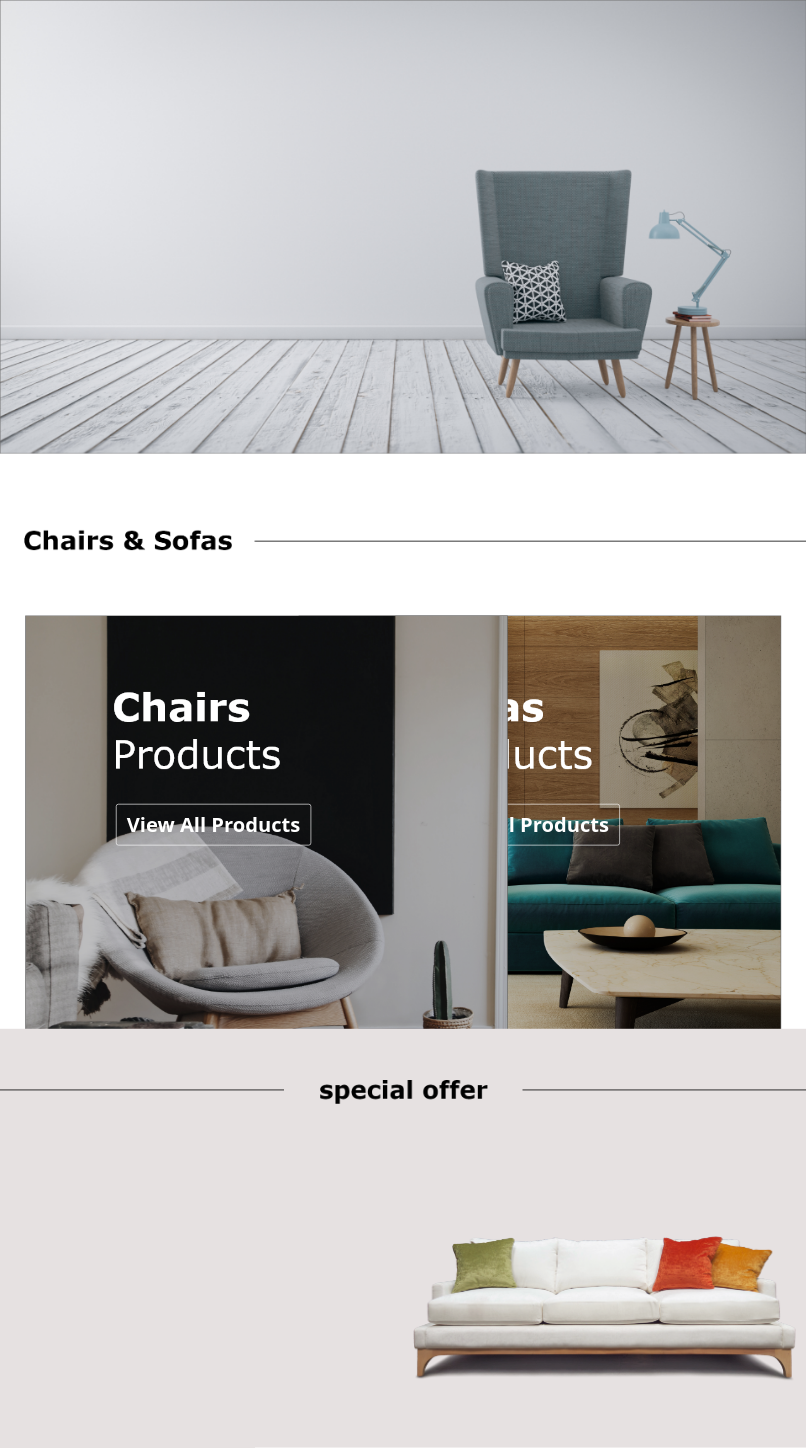
Repository: MEROO1010/creative_home
Page: /
These files come from the project's save history. The page is drawn as it stood at one moment and after the next save; the edit follows.
The browser window is 1280 px wide. The pictures show the whole page, at 63% of full size.
The project was rebuilt for these pictures with package versions that can differ from the ones it lists, and the page was loaded fresh each time. The framework's server and built-in components were replaced by stand-ins that run in the browser. Also part of the build but not shown: next.config.js.

Above is the page before, as saved 2022-12-11 10:27:04.

After the next save:
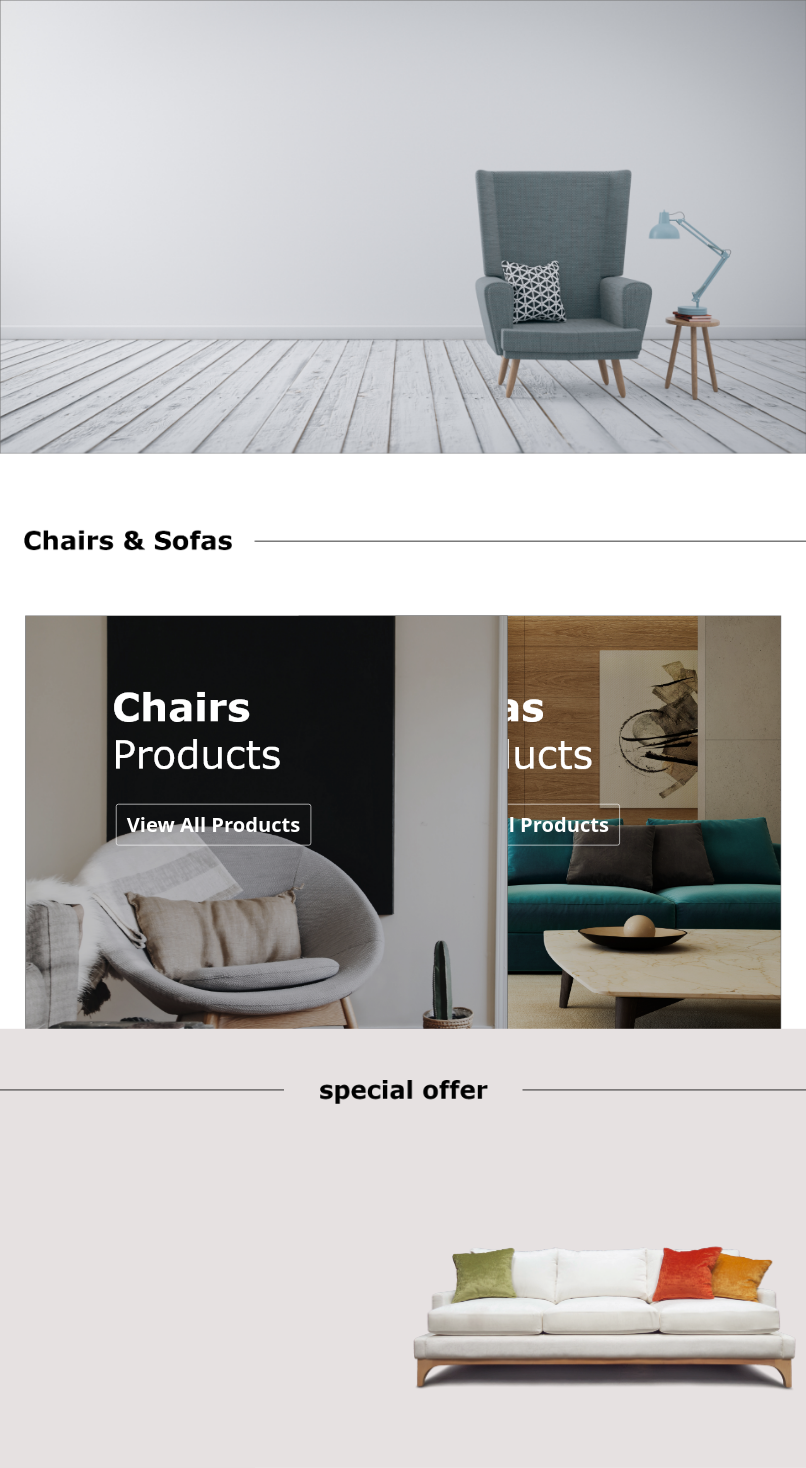
Saved 11 s later.
--- a/components/SpecialOffer.tsx
+++ b/components/SpecialOffer.tsx
@@ -13,7 +13,7 @@ const SpecialOffer = () => {
 
          </div>
 
-         <div className='  relative mx-80 left-80'>
+         <div className='  relative mx-80 left-80 py-4'>
           <Image src={sofa2} alt=''/>
 
          </div>
